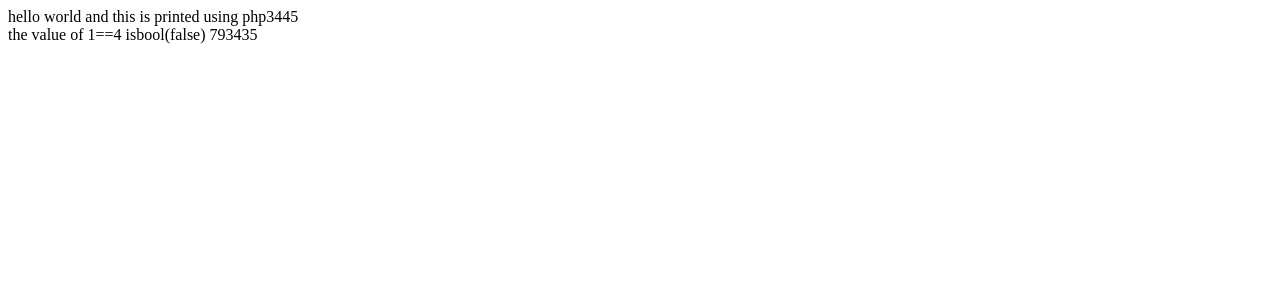
Repository: bhivgadePrajakta/Flaunel--A-LED-Display-Board
Page: http://localhost/practice.php
These files come from the project's save history. The page is drawn as it stood at one moment and after the next save; the edit follows.
The browser window is 1280 px wide. The pictures show the whole page.
The page is run by PHP 8.4 with error messages shown; the project is at /var/www/html/.

Above is the page before, as saved 2022-05-01 10:12:40.

After the next save:
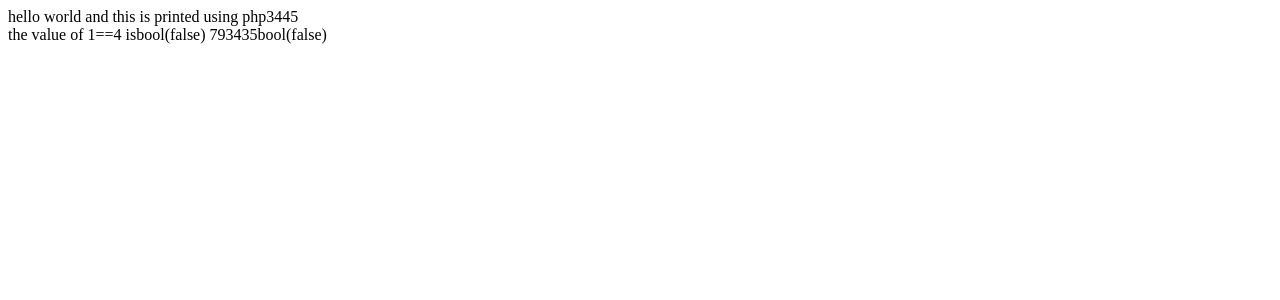
Saved 40 s later.
--- a/practice.php
+++ b/practice.php
@@ -12,4 +12,5 @@ echo  $variable1+$variable2;
  echo $variable1++;
  echo $variable1;
  $myvar=(false and true);
+ echo var_dump($myvar)
 ?>
